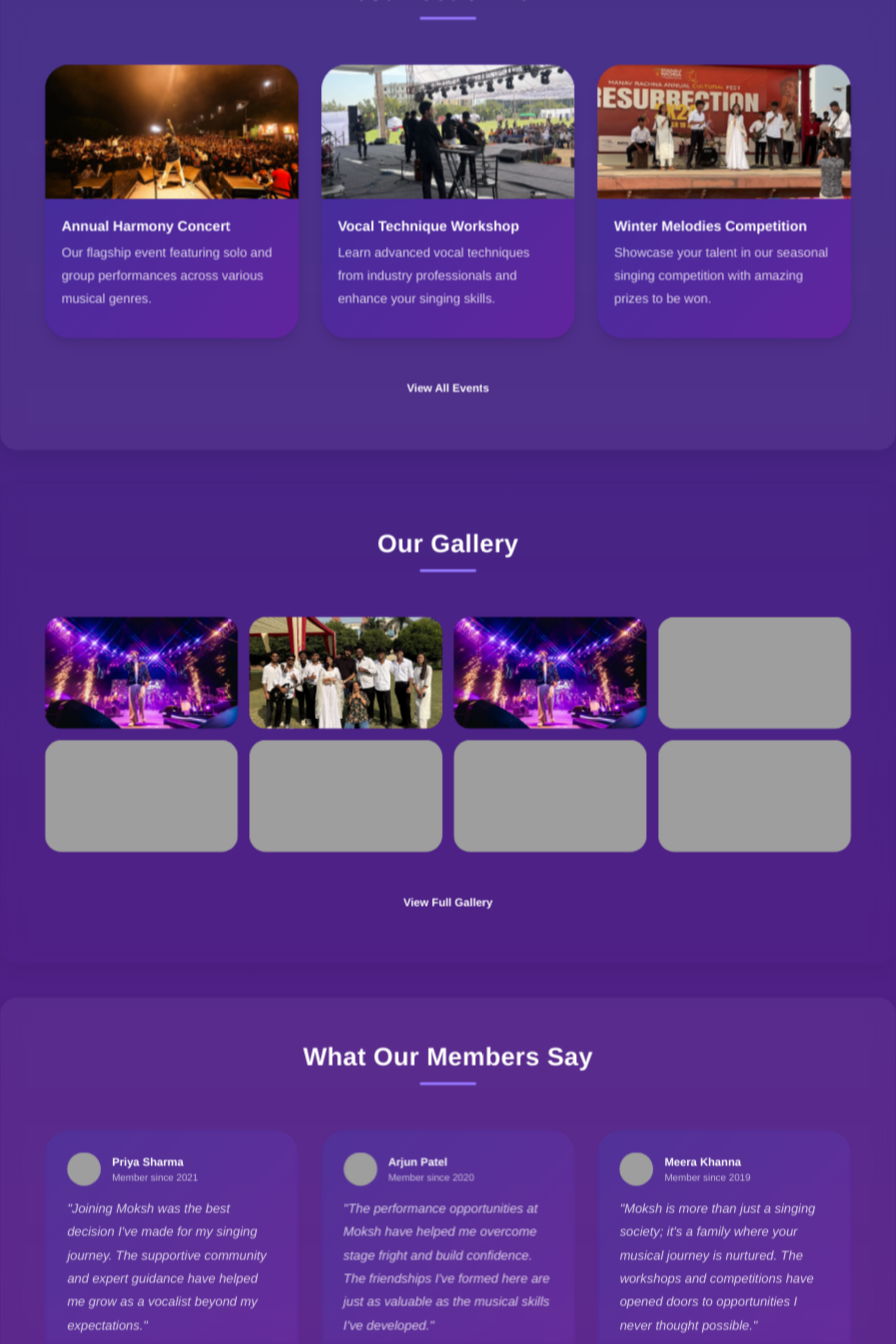
Repository: Aman-Sharma-Dev01/Clan-Event-Manager-0.1
Page: /moksh-page (app in Frontend/)
The author's editor kept a copy of each file at every save. The page is drawn from the files as they stood at one save, then again after the next save.
The browser window is 1280 px wide. The pictures show the part of the page from y = 1230 to 3150 px (the page is 3419 px tall), at 70% of full size.
Pictures or frames that could not be fetched are drawn as grey boxes. The page's requests for data from a server got no answer. The project was rebuilt for these pictures with package versions that can differ from the ones it lists, and the page was loaded fresh each time. No one was signed in, and anything a server would have sent is missing. Also part of the build but not shown: Frontend/vite.config.js, Frontend/src/components/Navbar/Navbar.css, Frontend/src/components/Navbar/Navbar.jsx, Frontend/src/components/Login/Login.jsx, Frontend/src/components/About/About.jsx, Frontend/src/components/Dashboard/Dashboard.jsx, Frontend/src/components/HeroSection/HeroSection.css, Frontend/src/components/HeroSection/HeroSection.jsx and 30 more.

Above is the page before, as saved 2025-07-28 18:33:05.

After the next save:
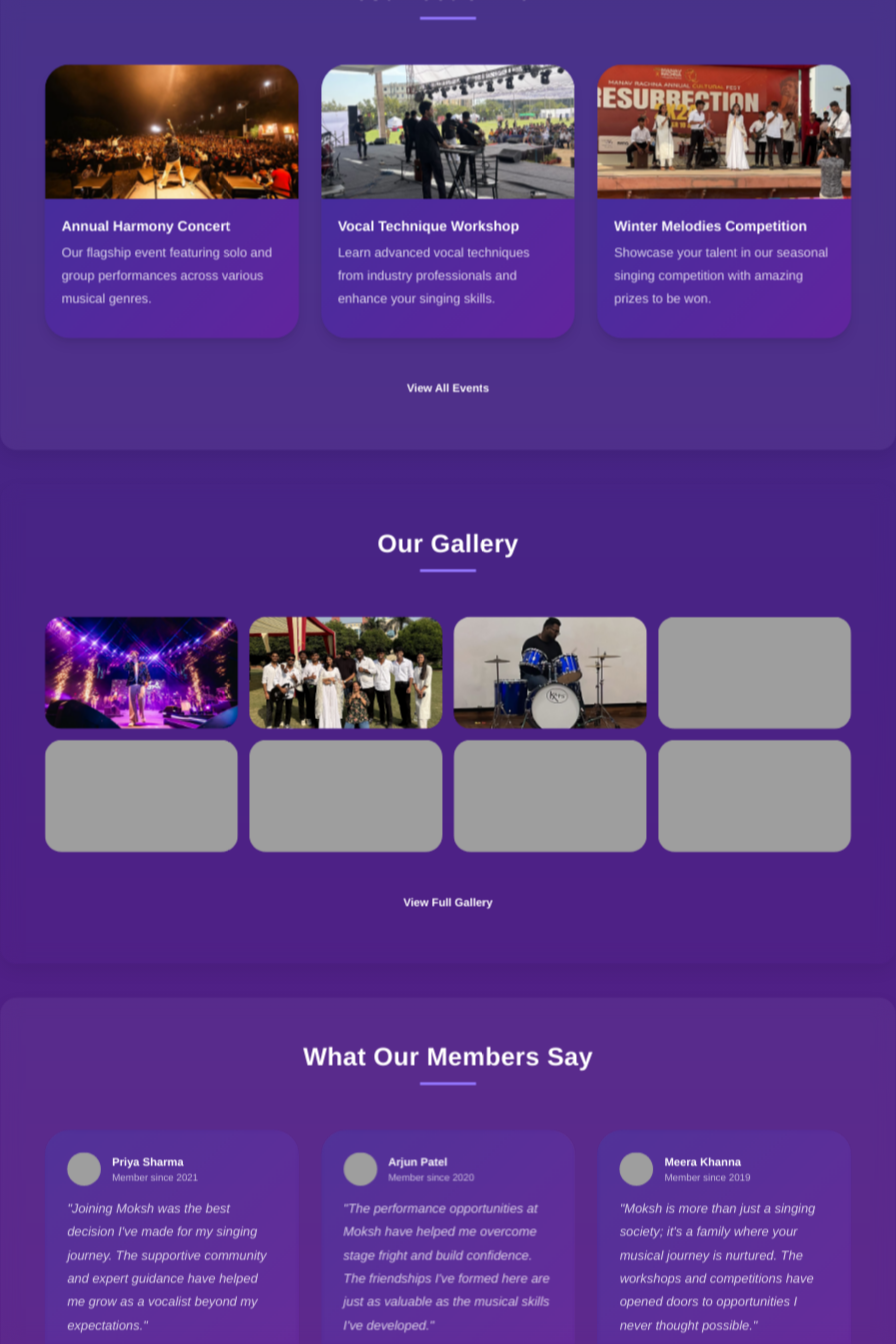
Saved 6 s later.
--- a/Frontend/src/components/Society/Moksh/Moksh.jsx
+++ b/Frontend/src/components/Society/Moksh/Moksh.jsx
@@ -158,7 +158,7 @@ const Moksh= () => {
             </div>
             <div className="overflow-hidden rounded-lg h-40 md:h-48 lg:h-56 hover:shadow-lg transition-all duration-300 transform hover:scale-105">
               <img
-                src="/Moksh/akhil3.jpg"
+                src="/Moksh/fourth.jpg"
                 alt="Singer with microphone"
                 className="w-full h-full object-cover"
                 keywords="singer, microphone, performance, vocal"
